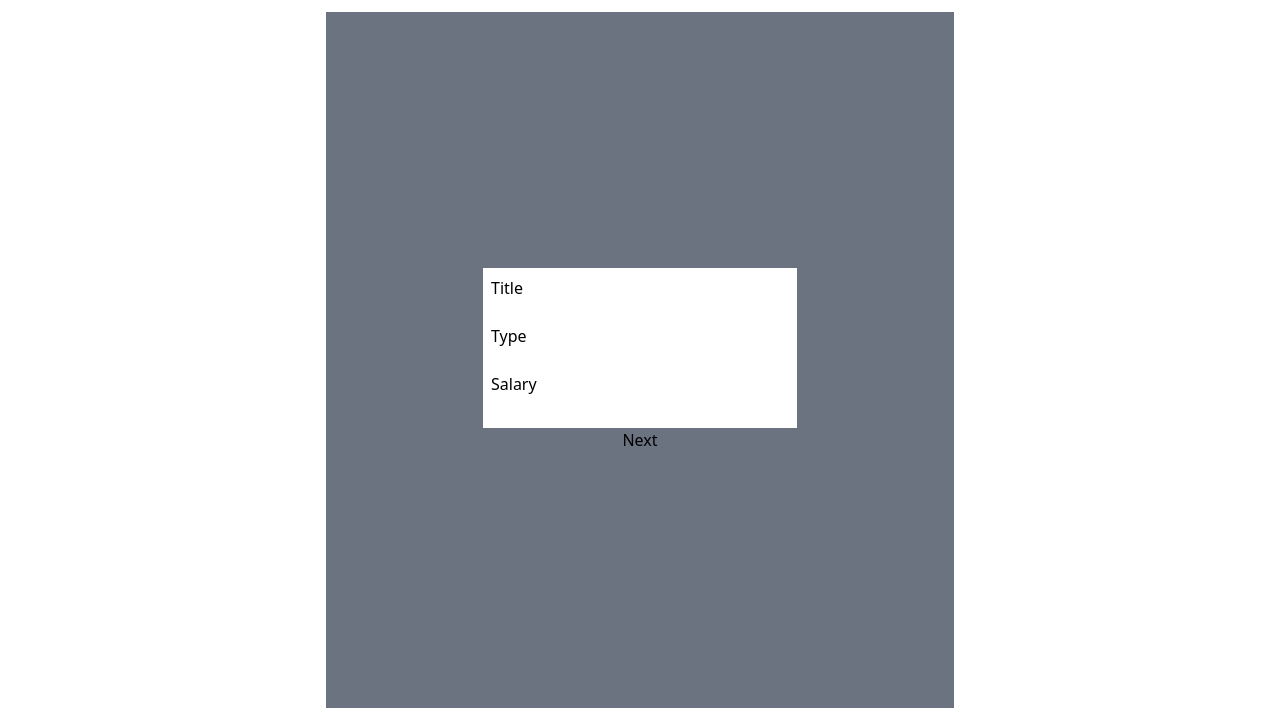
Repository: Abdibaye/Job-Sphere
Page: /form
An editor plug-in stored every save of this project. The page is shown before and after the next save, followed by the edit.
The browser window is 1280 px wide. The pictures show the whole page.
The project was rebuilt for these pictures with package versions that can differ from the ones it lists, and the page was loaded fresh each time. Also part of the build but not shown: vite.config.js, src/components/search.jsx, src/components/navbar.jsx, src/pages/descriptionpage.jsx, src/components/job.jsx, src/components/feed.jsx, src/components/saved.jsx, src/components/filter.jsx and 4 more.

Above is the page before, as saved 2025-02-22 22:42:24.

### index.html
<!doctype html>
<html lang="en">
  <head>
    <meta charset="UTF-8" />
    <link rel="icon" type="image/svg+xml" href="/vite.svg" />

    <link rel="preconnect" href="https://fonts.googleapis.com">
    <link rel="preconnect" href="https://fonts.gstatic.com" crossorigin>
    <link href="https://fonts.googleapis.com/css2?family=Inter:ital,opsz,wght@0,14..32,100..900;1,14..32,100..900&family=Open+Sans:ital,wght@0,300..800;1,300..800&family=Poppins:wght@100;200;300;400;600;700&display=swap" rel="stylesheet">

    <meta name="viewport" content="width=device-width, initial-scale=1.0" />
    <title>Vite + React</title>
  </head>
  <body>
    <div id="root"></div>
    <script type="module" src="/src/main.jsx"></script>
  </body>
</html>

### src/main.jsx
import { StrictMode } from 'react'
import { createRoot } from 'react-dom/client'
import './index.css'
import App from './App.jsx'
import Description from './pages/descriptionpage.jsx'
import HomePage from './pages/homepage.jsx'

createRoot(document.getElementById('root')).render(
  <StrictMode>
    <App />
  </StrictMode>,
)

### src/App.jsx
import Navbar from "./components/navbar";
import Description from "./pages/descriptionpage";
import HomePage from "./pages/homepage";
import LoginPage from "./pages/loginpage";
import SignUp from "./pages/Signup";
import { BrowserRouter, Routes, Route, Outlet } from "react-router-dom";
import Feed from "./components/feed";
import Forms from "./pages/formpage";

function App() {
  return (
    <BrowserRouter>
      <Routes>
        {/* Default route for login */}
        <Route path="/" element={<LoginPage />} />

        {/* Nested routes under Navbar */}
        <Route path="/navbar" element={<Navbar />}>
          <Route index element={<HomePage    />} /> {/* Default child route */}
          <Route path="description" element={<Description />} /> {/* Relative path */}
        </Route>

        {/* Signup route */}
        <Route path="/signup" element={<SignUp />} />


        <Route path='/form' element = {<Forms />} />
      </Routes>
    </BrowserRouter>
  );
}

export default App;

### src/pages/formpage.jsx
import { BrowserRouter, Routes, Route, Link, Outlet } from "react-router-dom";
import Form from "../components/form";



function Forms(){
    return(
        <>
        <div>
        <Form />
        <Outlet />
        </div>
        </>
    )


}



export default Forms;

### src/components/form.jsx


function Form(){
    return(
        <div className=" h-screen  flex justify-center p-3 ">
            <div className="bg-gray-500 w-1/2 flex flex-col justify-center items-center">
              <div className="bg-[#fff] w-1/2 h-fit flex flex-col justify-center p-2 ">
                <p>Title</p>
                <input type="text" />
                <p>Type</p>
                <input type="text" />
                <p>Salary</p>
                <input type="text" />
              </div>
              <button>Next</button>
            </div>
        </div>
    );
}


export default Form

### tailwind.config.js
/** @type {import('tailwindcss').Config} */
export default {
  content: [
    "./index.html",
    "./src/**/*.{js,ts,jsx,tsx}",
  ],
  theme: {
    extend: {
      fontFamily: {
        'inter': ['Inter', 'sans-serif'],
      },
    },
  },
  plugins: [],
}

Loaded but not shown: src/index.css (common file)

After the next save:
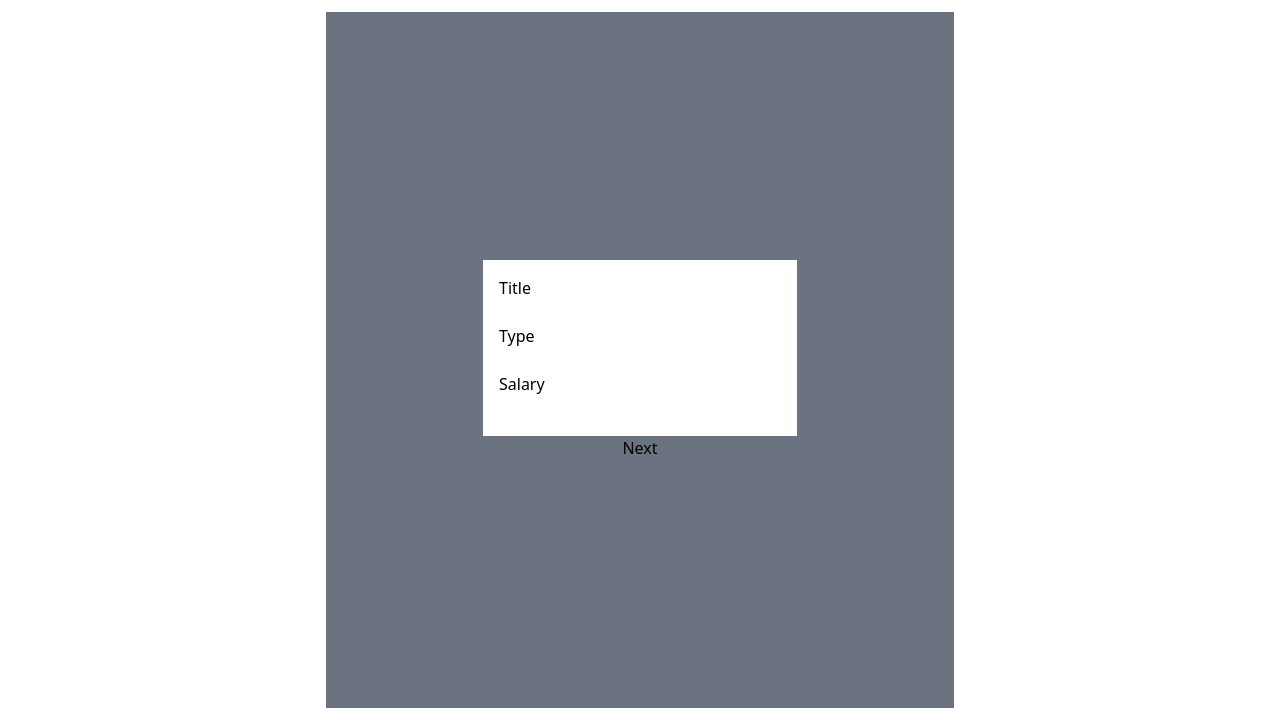
Saved 12 s later.
--- a/src/components/form.jsx
+++ b/src/components/form.jsx
@@ -4,7 +4,7 @@ function Form(){
     return(
         <div className=" h-screen  flex justify-center p-3 ">
             <div className="bg-gray-500 w-1/2 flex flex-col justify-center items-center">
-              <div className="bg-[#fff] w-1/2 h-fit flex flex-col justify-center p-2 ">
+              <div className="bg-[#fff] w-1/2 h-fit flex flex-col justify-center p-4 ">
                 <p>Title</p>
                 <input type="text" />
                 <p>Type</p>
